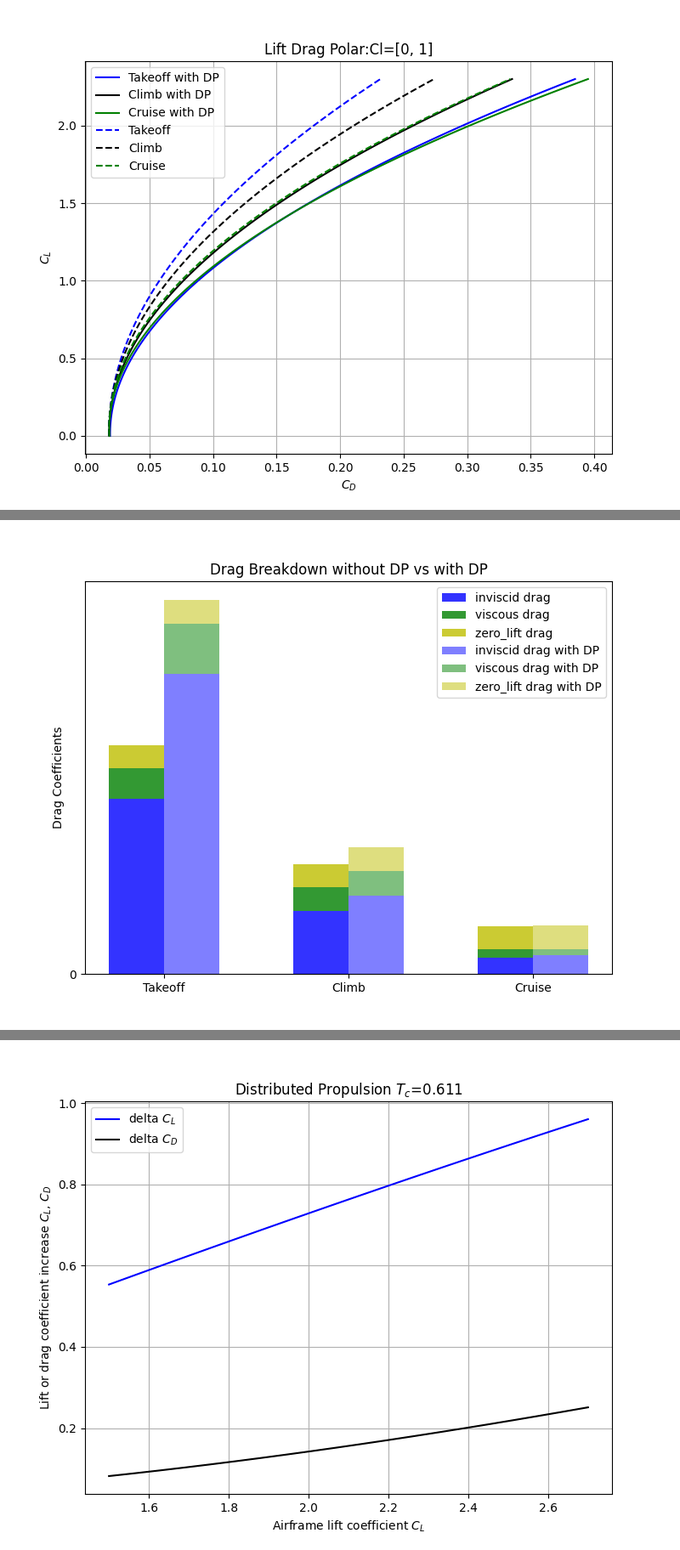
Repository: 12libao/DEA
Script's output: python Sizing_Method/Aerodynamics/Aeropropulsive_Interaction_Model.py
The author's editor kept a copy of each file at every save. The script's output is drawn from the files as they stood at one save, then again after the next save.
The pictures are shown at 85% of full size.
Each picture stacks the figures in order, with grey between them; figures that are only written to a file come last. Random numbers start from a fixed seed.

Above is the script's output before, as saved 2021-07-14 15:37:29.

After the next save:
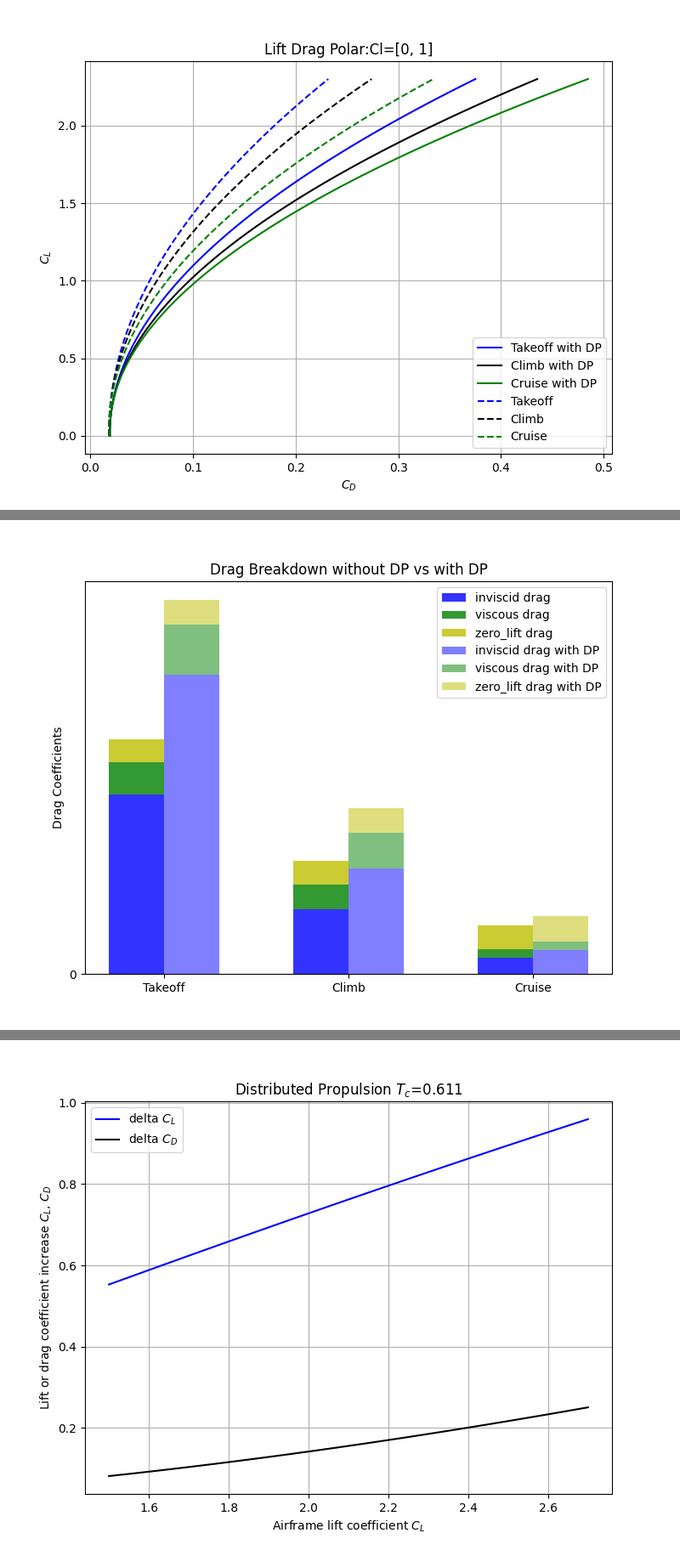
Saved 95 s later.
--- a/Sizing_Method/Aerodynamics/Aeropropulsive_Interaction_Model.py
+++ b/Sizing_Method/Aerodynamics/Aeropropulsive_Interaction_Model.py
@@ -105,7 +105,7 @@
 
         print(tc)
 
-        # tc = 0.611  # check whether the model is accurate
+        tc = 0.611  # check whether the model is accurate
 
         # axial induction factor at the propeller disk (ap) as a
         # function of the propeller thrust coefficient, from the actuator disk theory:

After the 2 saves that followed:
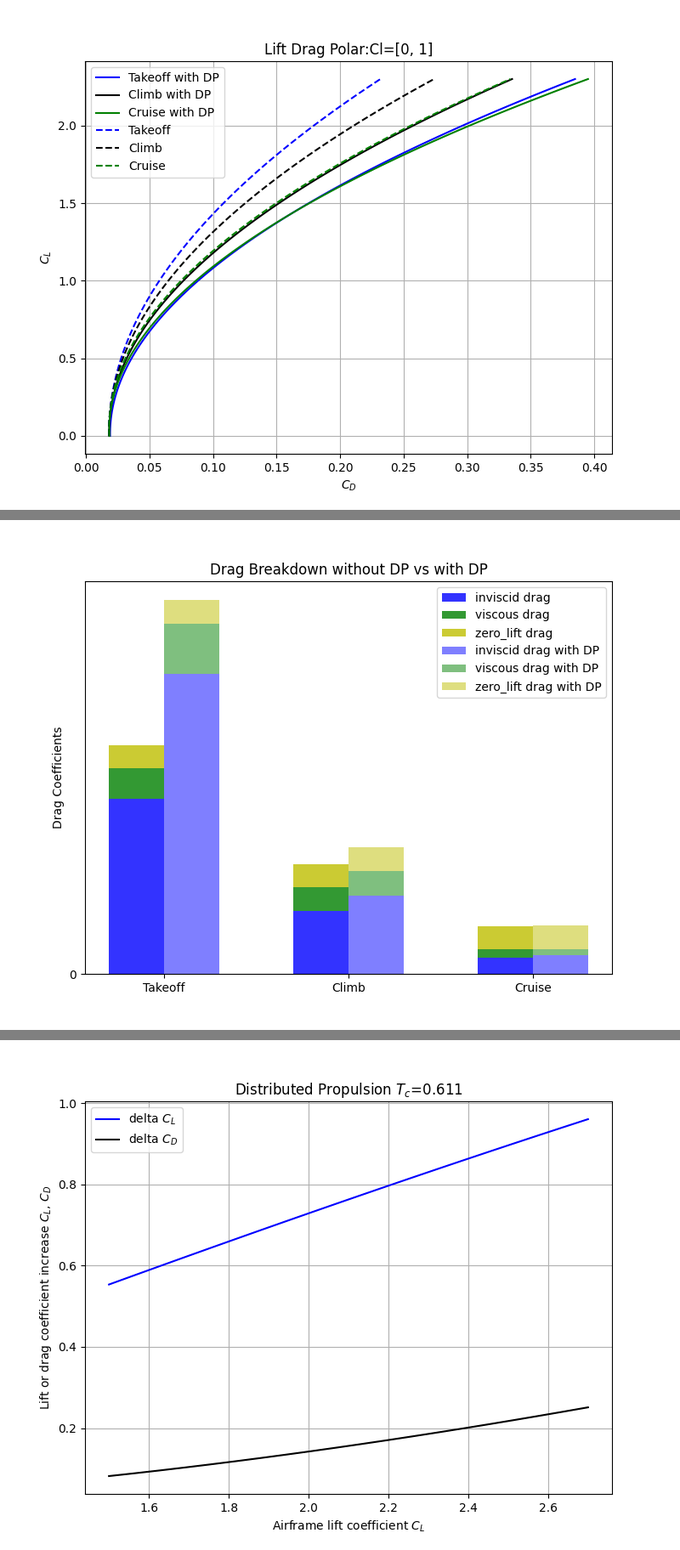
The 2 saves are shown as one change because they came seconds apart.
The last was saved 29 s later.
--- a/Sizing_Method/Aerodynamics/Aeropropulsive_Interaction_Model.py
+++ b/Sizing_Method/Aerodynamics/Aeropropulsive_Interaction_Model.py
@@ -105,7 +105,7 @@
 
         print(tc)
 
-        tc = 0.611  # check whether the model is accurate
+        # tc = 0.611  # check whether the model is accurate
 
         # axial induction factor at the propeller disk (ap) as a
         # function of the propeller thrust coefficient, from the actuator disk theory:
